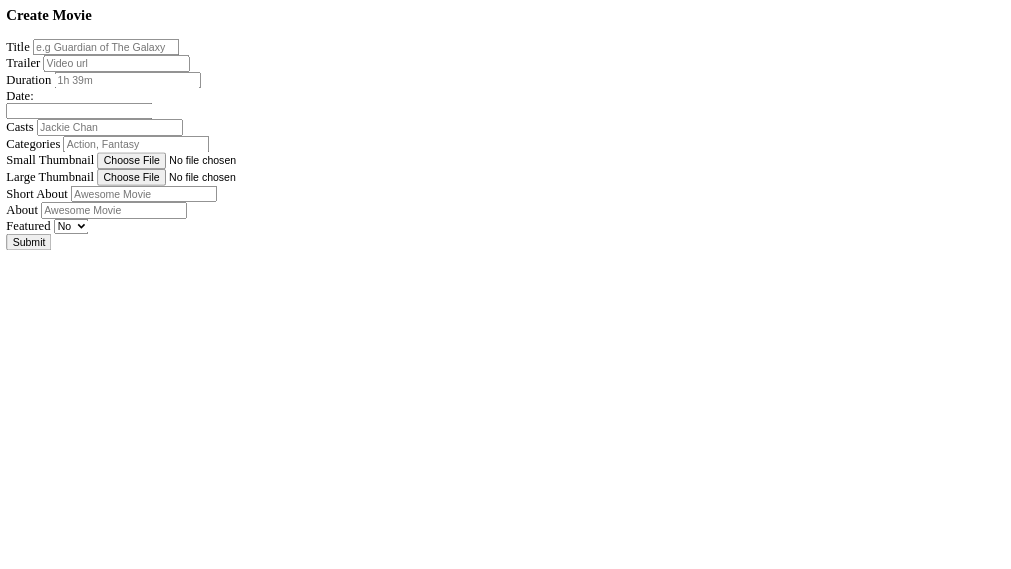
Repository: wijayakusuma-dev/stream-app
Page: http://localhost/admin/movie/create
The author's editor kept a copy of each file at every save. The page is drawn from the files as they stood at one save, then again after the next save.
The browser window is 1280 px wide. The pictures show the whole page, at 79% of full size.
Some web fonts or font styles are not loaded; a fallback is used. The page is served by the project's Laravel application, run on PHP 8.4 with Laravel 9. Other server files are loaded and not shown.

Above is the page before, as saved 2023-02-06 19:42:30.

### routes/web.php
<?php

use Illuminate\Support\Facades\Route;
use App\Http\Controllers\Admin\MovieController;

/*
|--------------------------------------------------------------------------
| Web Routes
|--------------------------------------------------------------------------
|
| Here is where you can register web routes for your application. These
| routes are loaded by the RouteServiceProvider within a group which
| contains the "web" middleware group. Now create something great!
|
*/

Route::group(['prefix' => 'admin'], function () {
    Route::view('/', 'admin.dashboard')->name('admin.dashboard');

    Route::group(['prefix' => 'movie'], function() {
        Route::get('/', [MovieController::class, 'index'])->name('admin.movie');
        Route::get('/create', [MovieController::class, 'create'])->name('admin.movie.create');
    });

});


// Route::get('/', function () {
//     return view('welcome');
// });

### app/Http/Controllers/Admin/MovieController.php
<?php

namespace App\Http\Controllers\Admin;

use App\Http\Controllers\Controller;
use Illuminate\Http\Request;

class MovieController extends Controller
{
    public function index()
    {
        return view('admin.movies');
    }

    public function create()
    {
        return view('admin.movie-create');
    }
}

### resources/views/admin/movie-create.blade.php


<div class="row">
    <div class="col-md-12">

      {{-- Alert Here --}}

      <div class="card card-primary">
        <div class="card-header">
          <h3 class="card-title">Create Movie</h3>
        </div>
        <!-- /.card-header -->
        <!-- form start -->
        <form enctype="multipart/form-data" method="POST" action="">
          <div class="card-body">
            <div class="form-group">
              <label for="title">Title</label>
              <input type="text" class="form-control" id="title" name="title" placeholder="e.g Guardian of The Galaxy">
            </div>
            <div class="form-group">
              <label for="trailer">Trailer</label>
              <input type="text" class="form-control" id="trailer" name="trailer" placeholder="Video url">
            </div>
            <div class="form-group">
              <label for="duration">Duration</label>
              <input type="text" class="form-control" id="duration" name="duration" placeholder="1h 39m">
            </div>
            <div class="form-group">
              <label>Date:</label>
              <div class="input-group date" id="release-date" data-target-input="nearest">
                <input type="text" name="release_date" class="form-control datetimepicker-input" data-target="#release-date"/>
                <div class="input-group-append" data-target="#release-date" data-toggle="datetimepicker">
                  <div class="input-group-text"><i class="fa fa-calendar"></i></div>
                </div>
              </div>
            </div>
            <div class="form-group">
              <label for="short-about">Casts</label>
              <input type="text" class="form-control" id="short-about" name="casts" placeholder="Jackie Chan">
            </div>
            <div class="form-group">
              <label for="short-about">Categories</label>
              <input type="text" class="form-control" id="short-about" name="categories" placeholder="Action, Fantasy">
            </div>
            <div class="form-group">
              <label for="small-thumbnail">Small Thumbnail</label>
              <input type="file" class="form-control" name="small_thumbnail">
            </div>
            <div class="form-group">
              <label for="large-thumbnail">Large Thumbnail</label>
              <input type="file" class="form-control" name="large_thumbnail">
            </div>
            <div class="form-group">
              <label for="short-about">Short About</label>
              <input type="text" class="form-control" id="short-about" name="short_about" placeholder="Awesome Movie">
            </div>
            <div class="form-group">
              <label for="short-about">About</label>
              <input type="text" class="form-control" id="about" name="about" placeholder="Awesome Movie">
            </div>
            <div class="form-group">
              <label>Featured</label>
              <select class="custom-select" name="featured">
                <option value="0">No</option>
                <option value="1">Yes</option>
              </select>
            </div>
          </div>
          <!-- /.card-body -->

          <div class="card-footer">
            <button type="submit" class="btn btn-primary">Submit</button>
          </div>
        </form>
      </div>
    </div>
  </div>

### resources/views/admin/layouts/base.blade.php
<!DOCTYPE html>
<html lang="en">
<head>
  <meta charset="utf-8">
  <meta name="viewport" content="width=device-width, initial-scale=1">
  <title>Stream | @yield('title')</title>
  <!-- Google Font: Source Sans Pro -->
  <link rel="stylesheet" href="https://fonts.googleapis.com/css?family=Source+Sans+Pro:300,400,400i,700&display=fallback">
  <!-- Font Awesome -->
  <link rel="stylesheet" href="{{ asset('adminlte/plugins/fontawesome-free/css/all.min.css') }}">
  <!-- Ionicons -->
  <link rel="stylesheet" href="https://code.ionicframework.com/ionicons/2.0.1/css/ionicons.min.css">
  <!-- Tempusdominus Bootstrap 4 -->
  <link rel="stylesheet" href="{{ asset('adminlte/plugins/tempusdominus-bootstrap-4/css/tempusdominus-bootstrap-4.min.css') }}">
  <!-- iCheck -->
  <link rel="stylesheet" href="{{ asset('adminlte/plugins/icheck-bootstrap/icheck-bootstrap.min.css') }}">
  <!-- Theme style -->
  <link rel="stylesheet" href="{{ asset('adminlte/dist/css/adminlte.min.css') }}">
  <!-- overlayScrollbars -->
  <link rel="stylesheet" href="{{ asset('adminlte/plugins/overlayScrollbars/css/OverlayScrollbars.min.css') }}">
  <!-- Daterange picker -->
  <link rel="stylesheet" href="{{ asset('adminlte/plugins/daterangepicker/daterangepicker.css') }}">

  <!-- DataTables -->
  <link rel="stylesheet" href="{{ asset('adminlte/plugins/datatables-bs4/css/dataTables.bootstrap4.min.css') }}">
  <link rel="stylesheet" href="{{ asset('adminlte/plugins/datatables-responsive/css/responsive.bootstrap4.min.css') }}">
  <link rel="stylesheet" href="{{ asset('adminlte/plugins/datatables-buttons/css/buttons.bootstrap4.min.css') }}">

</head>
<body class="hold-transition sidebar-mini layout-fixed">
<div class="wrapper">

  <!-- Preloader -->
  <div class="preloader flex-column justify-content-center align-items-center">
    <img class="animation__shake" src="{{ asset('adminlte/dist/img/AdminLTELogo.png')}}" alt="AdminLTELogo" height="60" width="60">
  </div>

  {{-- navbar here --}}
  @include('admin.layouts.navbar')

  {{-- sidebar here --}}
  @include('admin.layouts.sidebar')

  <!-- Content Wrapper. Contains page content -->
  <div class="content-wrapper">
    <!-- Content Header (Page header) -->
    <div class="content-header">
      <div class="container-fluid">
        <div class="row mb-2">
          <div class="col-sm-6">
            <h1 class="m-0">@yield('title')</h1>
          </div><!-- /.col -->
        </div><!-- /.row -->
      </div><!-- /.container-fluid -->
    </div>
    <!-- /.content-header -->

    <!-- Main content -->
    <section class="content">
      <div class="container-fluid">
        @yield('content')
      </div><!-- /.container-fluid -->
    </section>
    <!-- /.content -->
  </div>

  {{-- footer here --}}
  @include('admin.layouts.footer')

  <!-- Control Sidebar -->
  <aside class="control-sidebar control-sidebar-dark">
    <!-- Control sidebar content goes here -->
  </aside>
  <!-- /.control-sidebar -->
</div>
<!-- ./wrapper -->

<!-- jQuery -->
<script src="{{ asset('adminlte/plugins/jquery/jquery.min.js') }}"></script>
<!-- jQuery UI 1.11.4 -->
<script src="{{ asset('adminlte/plugins/jquery-ui/jquery-ui.min.js') }}"></script>
<!-- Resolve conflict in jQuery UI tooltip with Bootstrap tooltip -->
<script>
  $.widget.bridge('uibutton', $.ui.button)
</script>
<!-- Bootstrap 4 -->
<script src="{{ asset('adminlte/plugins/bootstrap/js/bootstrap.bundle.min.js') }}"></script>
<!-- Select2 -->
<script src="{{ asset('adminlte/plugins/select2/js/select2.full.min.js') }}"></script>
<!-- daterangepicker -->
<script src="{{ asset('adminlte/plugins/moment/moment.min.js') }}"></script>
<script src="{{ asset('adminlte/plugins/daterangepicker/daterangepicker.js') }}"></script>
<!-- Tempusdominus Bootstrap 4 -->
<script src="{{ asset('adminlte/plugins/tempusdominus-bootstrap-4/js/tempusdominus-bootstrap-4.min.js') }}"></script>
<!-- overlayScrollbars -->
<script src="{{ asset('adminlte/plugins/overlayScrollbars/js/jquery.overlayScrollbars.min.js') }}"></script>
<!-- AdminLTE App -->
<script src="{{ asset('adminlte/dist/js/adminlte.js') }}"></script>

<!-- DataTables  & Plugins -->
<script src="{{ asset('adminlte/plugins/datatables/jquery.dataTables.min.js') }}"></script>
<script src="{{ asset('adminlte/plugins/datatables-bs4/js/dataTables.bootstrap4.min.js') }}"></script>
<script src="{{ asset('adminlte/plugins/datatables-responsive/js/dataTables.responsive.min.js') }}"></script>
<script src="{{ asset('adminlte/plugins/datatables-responsive/js/responsive.bootstrap4.min.js') }}"></script>
<script src="{{ asset('adminlte/plugins/datatables-buttons/js/dataTables.buttons.min.js') }}"></script>
<script src="{{ asset('adminlte/plugins/datatables-buttons/js/buttons.bootstrap4.min.js') }}"></script>
<script src="{{ asset('adminlte/plugins/jszip/jszip.min.js') }}"></script>
<script src="{{ asset('adminlte/plugins/pdfmake/pdfmake.min.js') }}"></script>
<script src="{{ asset('adminlte/plugins/pdfmake/vfs_fonts.js') }}"></script>
<script src="{{ asset('adminlte/plugins/datatables-buttons/js/buttons.html5.min.js') }}"></script>
<script src="{{ asset('adminlte/plugins/datatables-buttons/js/buttons.print.min.js') }}"></script>
<script src="{{ asset('adminlte/plugins/datatables-buttons/js/buttons.colVis.min.js') }}"></script>

@yield('js')

</body>
</html>

### resources/views/admin/layouts/navbar.blade.php
<!-- Navbar -->
<nav class="main-header navbar navbar-expand navbar-white navbar-light">
  <!-- Left navbar links -->
  <ul class="navbar-nav">
    <li class="nav-item">
      <a class="nav-link" data-widget="pushmenu" href="#" role="button"><i class="fas fa-bars"></i></a>
    </li>
    <li class="nav-item d-none d-sm-inline-block">
      <a href="index3.html" class="nav-link">Home</a>
    </li>
    <li class="nav-item d-none d-sm-inline-block">
      <a href="#" class="nav-link">Contact</a>
    </li>
  </ul>

  <!-- Right navbar links -->
  <ul class="navbar-nav ml-auto">
    <!-- Navbar Search -->
    <li class="nav-item">
      <a class="nav-link" data-widget="navbar-search" href="#" role="button">
        <i class="fas fa-search"></i>
      </a>
      <div class="navbar-search-block">
        <form class="form-inline">
          <div class="input-group input-group-sm">
            <input class="form-control form-control-navbar" type="search" placeholder="Search" aria-label="Search">
            <div class="input-group-append">
              <button class="btn btn-navbar" type="submit">
                <i class="fas fa-search"></i>
              </button>
              <button class="btn btn-navbar" type="button" data-widget="navbar-search">
                <i class="fas fa-times"></i>
              </button>
            </div>
          </div>
        </form>
      </div>
    </li>

    <!-- Messages Dropdown Menu -->
    <li class="nav-item dropdown">
      <a class="nav-link" data-toggle="dropdown" href="#">
        <i class="far fa-comments"></i>
        <span class="badge badge-danger navbar-badge">3</span>
      </a>
      <div class="dropdown-menu dropdown-menu-lg dropdown-menu-right">
        <a href="#" class="dropdown-item">
          <!-- Message Start -->
          <div class="media">
            <img src="dist/img/user1-128x128.jpg" alt="User Avatar" class="img-size-50 mr-3 img-circle">
            <div class="media-body">
              <h3 class="dropdown-item-title">
                Brad Diesel
                <span class="float-right text-sm text-danger"><i class="fas fa-star"></i></span>
              </h3>
              <p class="text-sm">Call me whenever you can...</p>
              <p class="text-sm text-muted"><i class="far fa-clock mr-1"></i> 4 Hours Ago</p>
            </div>
          </div>
          <!-- Message End -->
        </a>
        <div class="dropdown-divider"></div>
        <a href="#" class="dropdown-item">
          <!-- Message Start -->
          <div class="media">
            <img src="dist/img/user8-128x128.jpg" alt="User Avatar" class="img-size-50 img-circle mr-3">
            <div class="media-body">
              <h3 class="dropdown-item-title">
                John Pierce
                <span class="float-right text-sm text-muted"><i class="fas fa-star"></i></span>
              </h3>
              <p class="text-sm">I got your message bro</p>
              <p class="text-sm text-muted"><i class="far fa-clock mr-1"></i> 4 Hours Ago</p>
            </div>
          </div>
          <!-- Message End -->
        </a>
        <div class="dropdown-divider"></div>
        <a href="#" class="dropdown-item">
          <!-- Message Start -->
          <div class="media">
            <img src="dist/img/user3-128x128.jpg" alt="User Avatar" class="img-size-50 img-circle mr-3">
            <div class="media-body">
              <h3 class="dropdown-item-title">
                Nora Silvester
                <span class="float-right text-sm text-warning"><i class="fas fa-star"></i></span>
              </h3>
              <p class="text-sm">The subject goes here</p>
              <p class="text-sm text-muted"><i class="far fa-clock mr-1"></i> 4 Hours Ago</p>
            </div>
          </div>
          <!-- Message End -->
        </a>
        <div class="dropdown-divider"></div>
        <a href="#" class="dropdown-item dropdown-footer">See All Messages</a>
      </div>
    </li>
    <!-- Notifications Dropdown Menu -->
    <li class="nav-item dropdown">
      <a class="nav-link" data-toggle="dropdown" href="#">
        <i class="far fa-bell"></i>
        <span class="badge badge-warning navbar-badge">15</span>
      </a>
      <div class="dropdown-menu dropdown-menu-lg dropdown-menu-right">
        <span class="dropdown-item dropdown-header">15 Notifications</span>
        <div class="dropdown-divider"></div>
        <a href="#" class="dropdown-item">
          <i class="fas fa-envelope mr-2"></i> 4 new messages
          <span class="float-right text-muted text-sm">3 mins</span>
        </a>
        <div class="dropdown-divider"></div>
        <a href="#" class="dropdown-item">
          <i class="fas fa-users mr-2"></i> 8 friend requests
          <span class="float-right text-muted text-sm">12 hours</span>
        </a>
        <div class="dropdown-divider"></div>
        <a href="#" class="dropdown-item">
          <i class="fas fa-file mr-2"></i> 3 new reports
          <span class="float-right text-muted text-sm">2 days</span>
        </a>
        <div class="dropdown-divider"></div>
        <a href="#" class="dropdown-item dropdown-footer">See All Notifications</a>
      </div>
    </li>
    <li class="nav-item">
      <a class="nav-link" data-widget="fullscreen" href="#" role="button">
        <i class="fas fa-expand-arrows-alt"></i>
      </a>
    </li>
    <li class="nav-item">
      <a class="nav-link" data-widget="control-sidebar" data-controlsidebar-slide="true" href="#" role="button">
        <i class="fas fa-th-large"></i>
      </a>
    </li>
  </ul>
</nav>
<!-- /.navbar -->

### resources/views/admin/layouts/sidebar.blade.php
  <!-- Main Sidebar Container -->
  <aside class="main-sidebar sidebar-dark-primary elevation-4">
    <!-- Brand Logo -->
    <a href="index3.html" class="brand-link">
      <img src="{{ asset("adminlte/dist/img/AdminLTELogo.png") }}" alt="AdminLTE Logo" class="brand-image img-circle elevation-3" style="opacity: .8">
      <span class="brand-text font-weight-light">STREAM</span>
    </a>

    <!-- Sidebar -->
    <div class="sidebar">
      <!-- Sidebar user panel (optional) -->
      <div class="user-panel mt-3 pb-3 mb-3 d-flex">
        <div class="image">
          <img src="{{ asset("adminlte/dist/img/user2-160x160.jpg") }}" class="img-circle elevation-2" alt="User Image">
        </div>
        <div class="info">
          <a href="#" class="d-block">Super Admin</a>
        </div>
      </div>

      <!-- Sidebar Menu -->
      <nav class="mt-2">
        <ul class="nav nav-pills nav-sidebar flex-column" data-widget="treeview" role="menu" data-accordion="false">
          <li class="nav-item">
            <a href="pages/widgets.html" class="nav-link">
              <i class="nav-icon fas fa-tachometer-alt"></i>
              <p>
                Dashboard
              </p>
            </a>
          </li>

          <li class="nav-item">
            <a href="pages/widgets.html" class="nav-link">
              <i class="nav-icon fas fa-shopping-cart"></i>
              <p>
                Transactions
              </p>
            </a>
          </li>

          <li class="nav-item">
            <a href="pages/widgets.html" class="nav-link">
              <i class="nav-icon fas fa-video"></i>
              <p>
                Movies
              </p>
            </a>
          </li>
        </ul>
      </nav>
      <!-- /.sidebar-menu -->
    </div>
    <!-- /.sidebar -->
  </aside>

### resources/views/admin/layouts/footer.blade.php
<!-- /.content-wrapper -->
<footer class="main-footer">
  <strong>Copyright &copy; BWA Bootcamp</strong>
  All rights reserved.
  <div class="float-right d-none d-sm-inline-block">
    <b>Version</b> 1.0
  </div>
</footer>

Loaded but not shown: app/Http/Controllers/Controller.php (common file); public/adminlte/plugins/daterangepicker/daterangepicker.css (library); public/adminlte/plugins/datatables-bs4/css/dataTables.bootstrap4.min.css (library); public/adminlte/plugins/datatables-responsive/css/responsive.bootstrap4.min.css (library); public/adminlte/plugins/datatables-bs4/js/dataTables.bootstrap4.min.js (library); public/adminlte/plugins/datatables-responsive/js/responsive.bootstrap4.min.js (library); public/adminlte/plugins/datatables-buttons/js/buttons.bootstrap4.min.js (common file); public/adminlte/plugins/datatables-buttons/js/buttons.print.min.js (common file); public/adminlte/plugins/datatables-buttons/js/buttons.colVis.min.js (library)

After the next save:
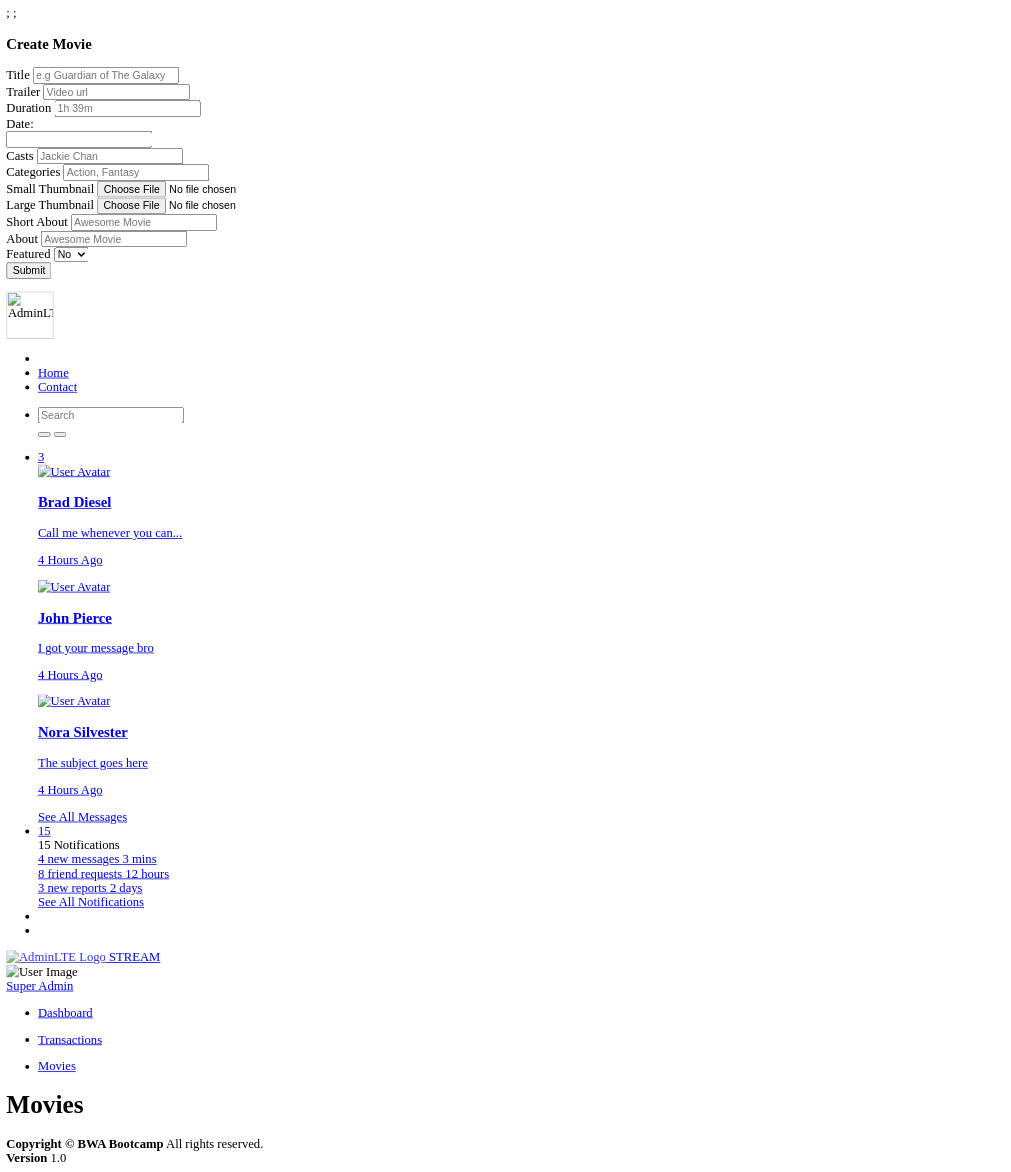
Console error: ReferenceError: $ is not defined
Saved 45 s later.
--- a/resources/views/admin/movie-create.blade.php
+++ b/resources/views/admin/movie-create.blade.php
@@ -1,4 +1,8 @@
+@extends('admin.layouts.base');
 
+@section('title', 'Movies');
+
+@section('content')
 
 <div class="row">
     <div class="col-md-12">
